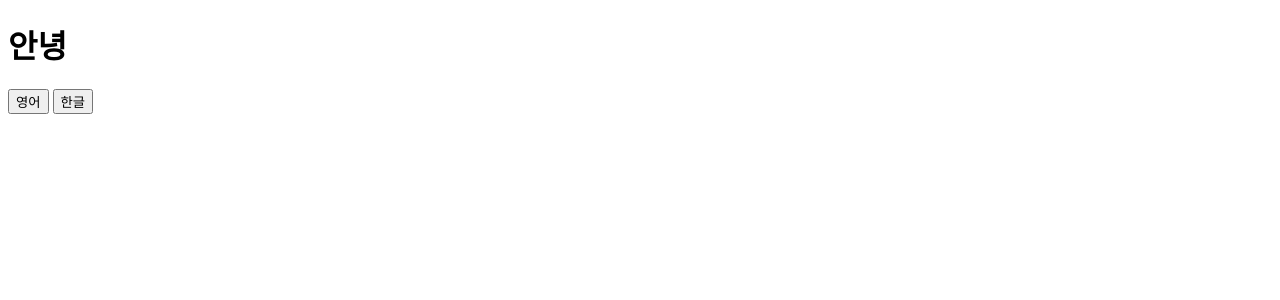
Repository: Sookyeong0505/web_server_workspace
Page: http://localhost/hello-web/jsp/condition.jsp
These files come from the project's save history. The page is drawn as it stood at one moment and after the next save; the edit follows.
The browser window is 1280 px wide. The pictures show the whole page.
The page is served by Tomcat 9.

Above is the page before, as saved 2023-06-20 06:14:22.

After the next save:
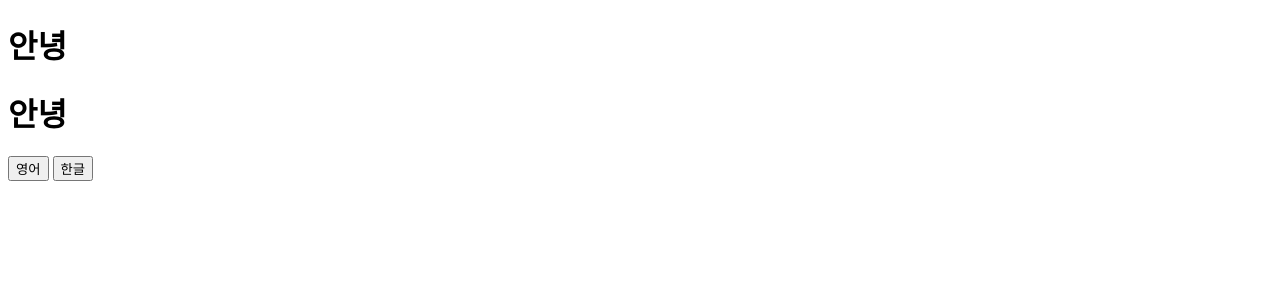
Saved 118 s later.
--- a/hello-web/src/main/webapp/jsp/condition.jsp
+++ b/hello-web/src/main/webapp/jsp/condition.jsp
@@ -25,9 +25,17 @@
 	}
 %>
 
+
 <%
-	if("en".equals(mode))
-
+	if("en".equals(mode)){
+%>
+	<h1>Hello</h1>
+<%
+	} else {
+%>
+	<h1>안녕</h1>
+<%
+	}
 %>
 
 	<div>
